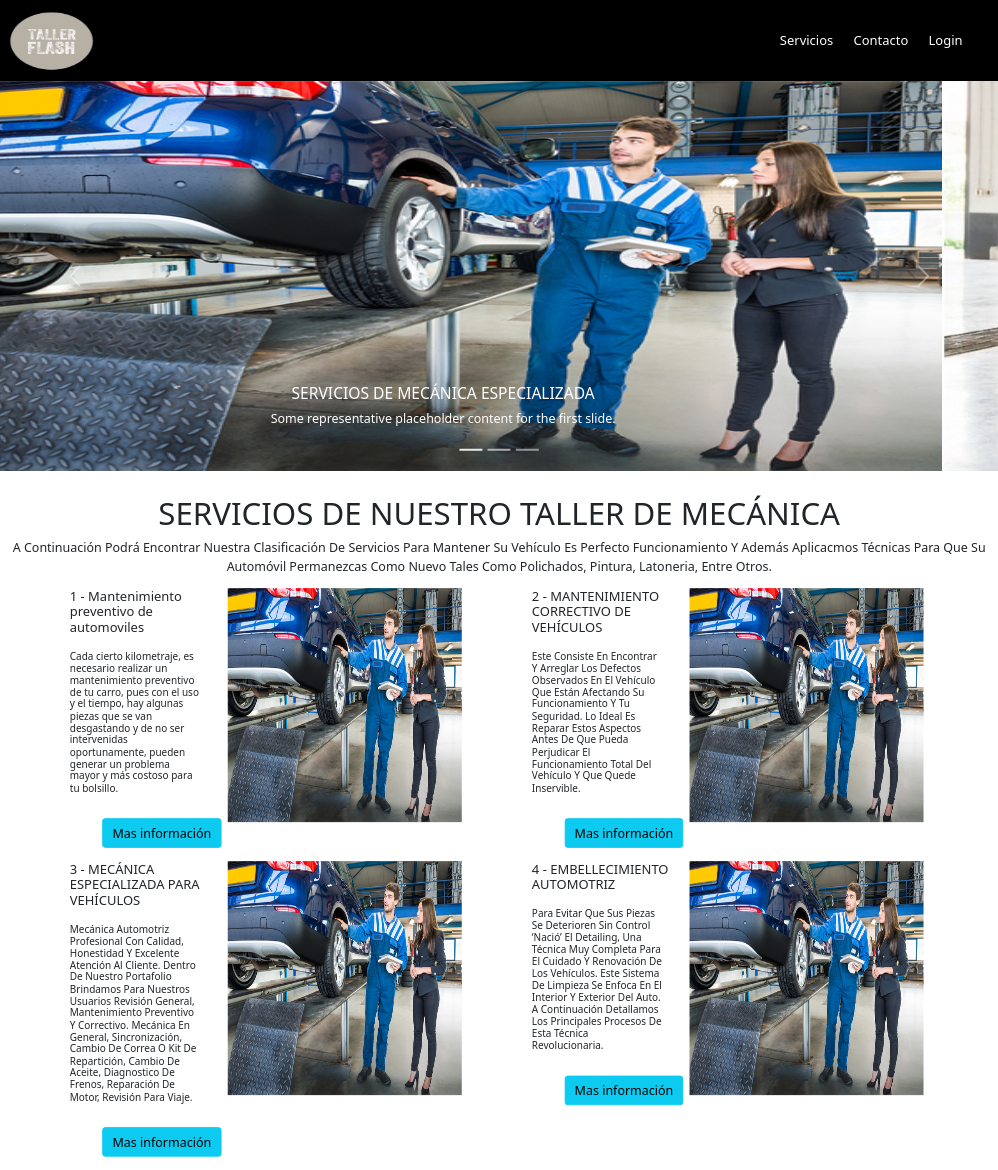
Repository: nder1996/Boostrap.Taller.Arquitectura
Page: Index.html
An editor plug-in stored every save of this project. The page is shown before and after the next save, followed by the edit.
The browser window is 1280 px wide. The pictures show the whole page, at 78% of full size.

Above is the page before, as saved 2021-07-23 07:06:02.

### Index.html
<!DOCTYPE html>
<html lang="en">

<head>
	<meta charset="UTF-8">
	<meta name="viewport" content="width=device-width, initial-scale=1.0">
	<link rel="shortcut icon" href="img/Logo.png">
	<link href="https://cdn.jsdelivr.net/npm/bootstrap@5.0.2/dist/css/bootstrap.min.css" rel="stylesheet"
		integrity="sha384-EVSTQN3/azprG1Anm3QDgpJLIm9Nao0Yz1ztcQTwFspd3yD65VohhpuuCOmLASjC" crossorigin="anonymous">
	<link rel="stylesheet" href="https://cdnjs.cloudflare.com/ajax/libs/font-awesome/5.15.3/css/all.min.css"
		integrity="sha512-iBBXm8fW90+nuLcSKlbmrPcLa0OT92xO1BIsZ+ywDWZCvqsWgccV3gFoRBv0z+8dLJgyAHIhR35VZc2oM/gI1w=="
		crossorigin="anonymous" referrerpolicy="no-referrer" />
	<link rel="stylesheet" href="css/style.css">
	<title>Taller Automotriz</title>
</head>

<body>
	<div class="Pagina_Principal">
		<nav class="navbar navbar-expand-lg navbar-light">
			<div class="container-fluid">
				<a class="navbar-brand" href="#"><img src="img/Logo.png" alt="" style='width: 110px; height: 78px;'></a>
				<button class="navbar-toggler" type="button" data-bs-toggle="collapse" data-bs-target="#navbarNav"
					aria-controls="navbarNav" aria-expanded="false" aria-label="Toggle navigation">
					<span class="navbar-toggler-icon"></span>
				</button>
				<div class="collapse navbar-collapse" id="navbarNav">
					<ul class="navbar-nav ms-auto">
						<li class="nav-item">
							<a class="nav-link active" aria-current="page" href="#">Servicios</a>
						</li>
						<li class="nav-item">
							<a class="nav-link" href="#">Contacto</a>
						</li>
						<li class="nav-item">
							<a class="nav-link" href="#">Login</a>
						</li>
					</ul>
				</div>
			</div>
		</nav>
		<div id="carouselExampleCaptions" class="carousel slide" data-bs-ride="carousel">
			<div class="carousel-indicators">
				<button type="button" data-bs-target="#carouselExampleCaptions" data-bs-slide-to="0" class="active"
					aria-current="true" aria-label="Slide 1"></button>
				<button type="button" data-bs-target="#carouselExampleCaptions" data-bs-slide-to="1"
					aria-label="Slide 2"></button>
				<button type="button" data-bs-target="#carouselExampleCaptions" data-bs-slide-to="2"
					aria-label="Slide 3"></button>
			</div>
			<div class="carousel-inner">
				<div class="carousel-item active">
					<img src="img/Mantenimiento_1.jpg" class="d-block w-100" alt="...">
					<div class="carousel-caption d-none d-md-block">
						<h5>SERVICIOS DE MECÁNICA
							ESPECIALIZADA</h5>
						<p>Some representative placeholder content for the first slide.</p>
					</div>
				</div>
				<div class="carousel-item">
					<img src="img/Mantenimiento_3.png" class="d-block w-100" alt="...">
					<div class="carousel-caption d-none d-md-block">
						<h5>SERVICIOS DE MECÁNICA
							ESPECIALIZADA</h5>
						<p>Some representative placeholder content for the second slide.</p>
					</div>
				</div>
				<div class="carousel-item">
					<img src="img/Mantenimiento_2.png" class="d-block w-100" alt="...">
					<div class="carousel-caption d-none d-md-block">
						<h5>Third slide label</h5>
						<p>Some representative placeholder content for the third slide.</p>
					</div>
				</div>
			</div>
			<button class="carousel-control-prev" type="button" data-bs-target="#carouselExampleCaptions"
				data-bs-slide="prev">
				<span class="carousel-control-prev-icon" aria-hidden="true"></span>
				<span class="visually-hidden">Previous</span>
			</button>
			<button class="carousel-control-next" type="button" data-bs-target="#carouselExampleCaptions"
				data-bs-slide="next">
				<span class="carousel-control-next-icon" aria-hidden="true"></span>
				<span class="visually-hidden">Next</span>
			</button>
		</div>
		<div class="Letra_Servicios container-xxl">
			<h1>SERVICIOS DE NUESTRO TALLER DE MECÁNICA</h1>
			<p>
				A Continuación Podrá Encontrar Nuestra Clasificación De Servicios Para Mantener Su Vehículo Es Perfecto
				Funcionamiento Y Además Aplicacmos Técnicas Para Que Su Automóvil Permanezcas Como Nuevo Tales Como
				Polichados, Pintura, Latoneria, Entre Otros.

			</p>
		</div>

		<div class="Servicios container-fluid">

			<div class="Servicio" id="Servicio_1">
				<br> <br>
				<h1>1 - Mantenimiento preventivo de automoviles <br> <br>
					<p>
						Cada cierto kilometraje, es necesario realizar un mantenimiento preventivo de tu carro, pues con
						el uso
						y el tiempo, hay algunas piezas que se van desgastando y de no ser intervenidas oportunamente,
						pueden
						generar un problema mayor y más costoso para tu bolsillo.
						<br> <br> <br>
						<button type="button" class="btn btn-info">Mas información</button>
					</p>
				</h1>
				<br>
				<img src="img/Mantenimiento_1.jpg" alt="" width="300px" height="300px">
			</div>

			<div class="Servicio" id="Servicio_1">
				<br> <br>
				<h1>2 - MANTENIMIENTO CORRECTIVO DE VEHÍCULOS<br> <br>
					<p>
						Este Consiste En Encontrar Y Arreglar Los Defectos Observados En El Vehículo Que Están Afectando
						Su Funcionamiento Y Tu Seguridad. Lo Ideal Es Reparar Estos Aspectos Antes De Que Pueda
						Perjudicar El Funcionamiento Total Del Vehículo Y Que Quede Inservible.
						<br> <br> <br>
						<button type="button" class="btn btn-info">Mas información</button>
					</p>
				</h1>
				<br>
				<img src="img/Mantenimiento_1.jpg" alt="" width="300px" height="300px">
			</div>

			<div class="Servicio" id="Servicio_1">
				<br> <br>
				<h1>3 - MECÁNICA ESPECIALIZADA PARA VEHÍCULOS<br> <br>
					<p>
						Mecánica Automotriz Profesional Con Calidad, Honestidad Y Excelente Atención Al Cliente. Dentro
						De Nuestro Portafolio Brindamos Para Nuestros Usuarios Revisión General, Mantenimiento
						Preventivo Y Correctivo. Mecánica En General, Sincronización, Cambio De Correa O Kit De
						Repartición, Cambio De Aceite, Diagnostico De Frenos, Reparación De Motor, Revisión Para Viaje.
						<br> <br> <br>
						<button type="button" class="btn btn-info">Mas información</button>
					</p>
				</h1>
				<br>
				<img src="img/Mantenimiento_1.jpg" alt="" width="300px" height="300px">
			</div>
			<div class="Servicio" id="Servicio_1">
				<br> <br>
				<h1>4 - EMBELLECIMIENTO AUTOMOTRIZ<br> <br>
					<p>
						Para Evitar Que Sus Piezas Se Deterioren Sin Control ‘Nació’ El Detailing, Una Técnica Muy
						Completa Para El Cuidado Y Renovación De Los Vehículos. Este Sistema De Limpieza Se Enfoca En El
						Interior Y Exterior Del Auto. A Continuación Detallamos Los Principales Procesos De Esta Técnica
						Revolucionaria.
						<br> <br> <br>
						<button type="button" class="btn btn-info">Mas información</button>
					</p>
				</h1>
				<br>
				<img src="img/Mantenimiento_1.jpg" alt="" width="300px" height="300px">
			</div>
		</div>


	</div>

	<!--
		<div><img src="img/Mantenimiento_2.png" alt="" width="300px" height="300px"></div>
		<div><img src="img/Mantenimiento_3.png" alt="" width="300px" height="300px"></div>
		<div><img src="img/Mantenimiento_4.png" alt="" width="300px" height="300px"></div>
		-->











	<script src="https://cdn.jsdelivr.net/npm/bootstrap@5.0.2/dist/js/bootstrap.bundle.min.js"
		integrity="sha384-MrcW6ZMFYlzcLA8Nl+NtUVF0sA7MsXsP1UyJoMp4YLEuNSfAP+JcXn/tWtIaxVXM" crossorigin="anonymous">
	</script>
	<script src="https://cdnjs.cloudflare.com/ajax/libs/jquery/3.6.0/jquery.min.js"
		integrity="sha512-894YE6QWD5I59HgZOGReFYm4dnWc1Qt5NtvYSaNcOP+u1T9qYdvdihz0PPSiiqn/+/3e7Jo4EaG7TubfWGUrMQ=="
		crossorigin="anonymous" referrerpolicy="no-referrer"></script>
</body>

</html>

### css/style.css

.Pagina_Principal{
    position: relative;
    overflow: hidden;
    height: 1500px;
}


nav{
    background-color: black !important;
}

nav li{
    position:relative;
    margin-left: 10px;
    left:-10%;
}

nav li a{
    color:white !important;
    font-size: 1.3vw;
}

.carousel-inner{
    position:relative;
    width: 100%;
    height: 500px;
}

.carousel-item img{
    position:relative;
    width: 100%;
    height: 500px;
}

.Letra_Servicios{
    position: relative;
    text-align: center;
    margin-top: 30px;
    margin-top: 30px;
}

.Servicios{
    width: 100%;
    display: flex;
    flex-direction: row;
    flex-wrap: wrap;
}

.Servicios .Servicio{
    position:relative;
    width:40%;
    display: flex;
    height: 350px;
    margin-left: 90px;
    left:-1%;

}

.Servicios .Servicio button{
    position: relative;
    left:25%
}

.Servicios .Servicio img{
    position:relative;
    margin-left:10px;
}

.Servicios div h1{
    position:relative;
    text-align: left;
    font-size: 1.3vw;
    width: 60%;

}

.Servicios div p{
    position:relative;
    text-align: left;
    font-size: 1vw;
    width: 87%;
}

After the next save:
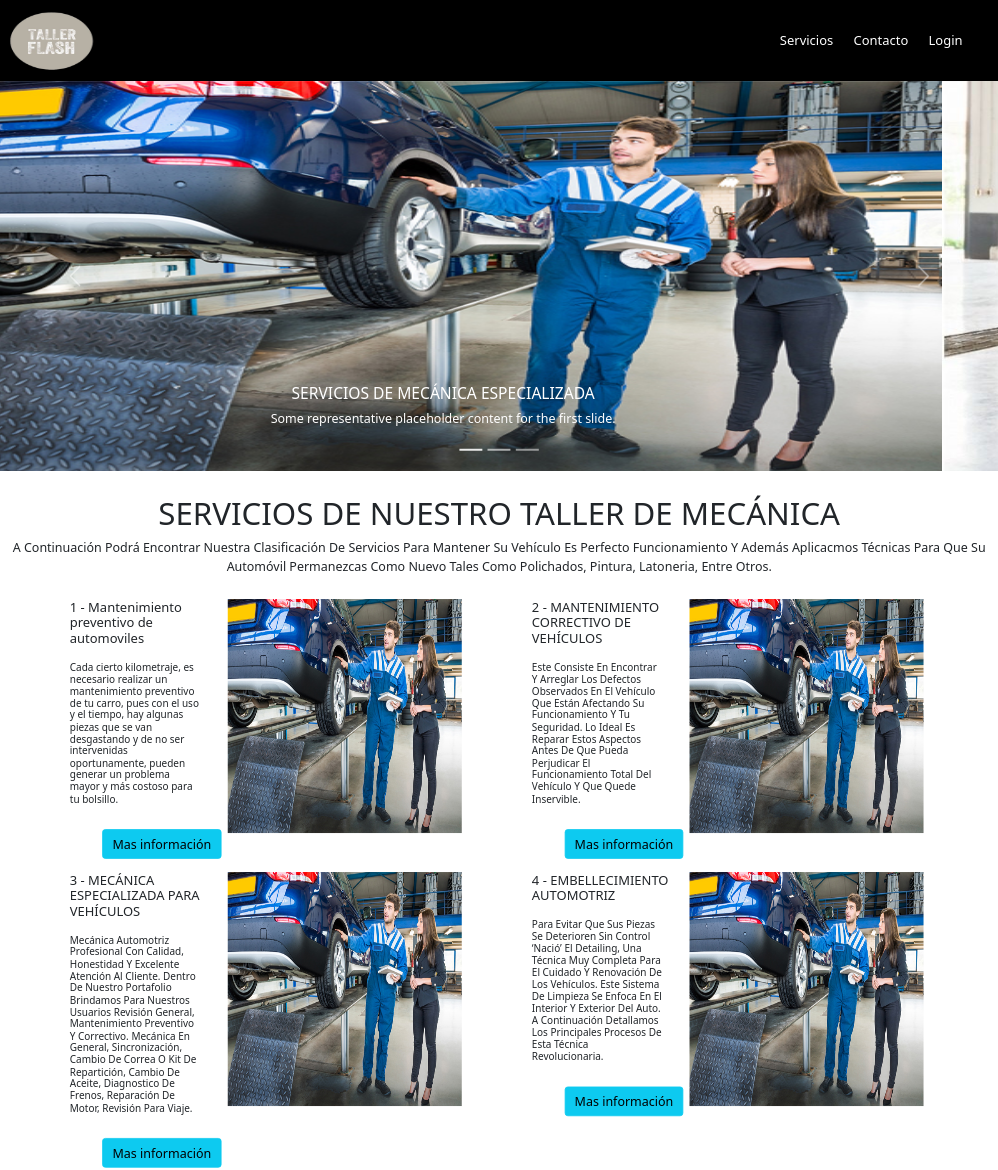
Saved 6 s later.
--- a/css/style.css
+++ b/css/style.css
@@ -37,7 +37,7 @@ nav li a{
     position: relative;
     text-align: center;
     margin-top: 30px;
-    margin-top: 30px;
+    margin-bottom: 30px;
 }
 
 .Servicios{
